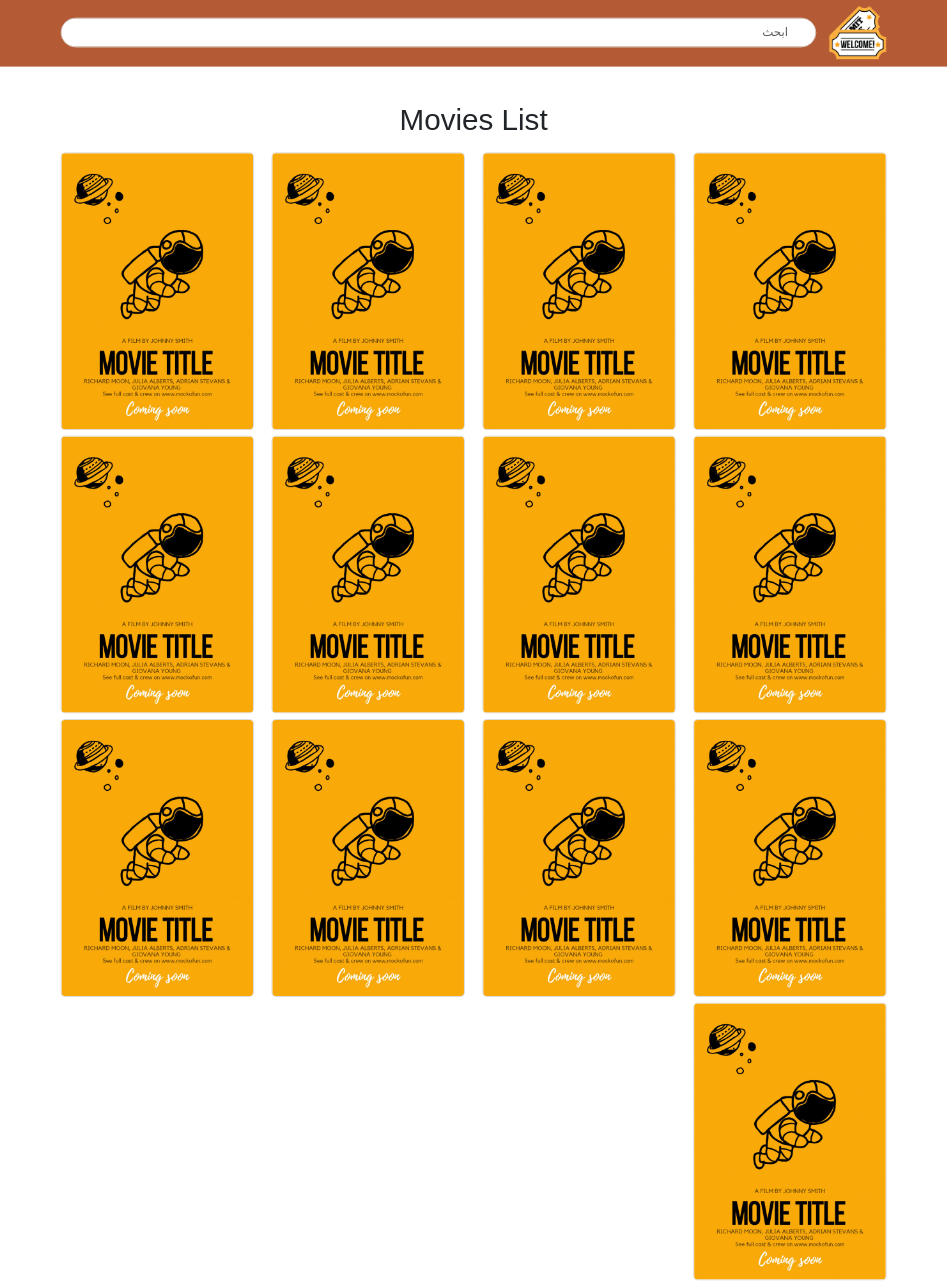
Repository: kerlos-alfy/Movie-List
Page: /
An editor plug-in stored every save of this project. The page is shown before and after the next save, followed by the edit.
The browser window is 1280 px wide. The pictures show the whole page, at 74% of full size.
The page's requests for data from a server got no answer. The project was rebuilt for these pictures with package versions that can differ from the ones it lists, and the page was loaded fresh each time. No one was signed in, and anything a server would have sent is missing. Also part of the build but not shown: vite.config.js, src/App.css.

Above is the page before, as saved 2025-01-16 01:13:37.

### index.html
<!DOCTYPE html>
<html lang="ar" dir="rtl">
	<head>
		<meta charset="UTF-8" />
		<link rel="icon" type="image/svg+xml" href="https://www.svgrepo.com/show/289436/movies-clapperboard.svg" />
		<link
			rel="stylesheet"
			href="https://cdn.jsdelivr.net/npm/bootstrap@5.3.3/dist/css/bootstrap.min.css"
			integrity="sha384-QWTKZyjpPEjISv5WaRU9OFeRpok6YctnYmDr5pNlyT2bRjXh0JMhjY6hW+ALEwIH"
			crossorigin="anonymous" />
		<meta name="viewport" content="width=device-width, initial-scale=1.0" />
		<title>Movies List</title>
	</head>
	<body>
		<div id="root"></div>
		<script type="module" src="/src/main.jsx"></script>
	</body>
</html>

### src/index.css
body {
	margin: 0;
}
.color-body {
	background-color: white;
	height: 100vh;
}
.nav-style {
	height: 90px;
	width: 1440px;
	background-color: #b45b35;
}

.logo {
	height: 72px;
	width: 78px;
}

.search {
	position: relative;
}

.search input {
	height: 40px;
	text-indent: 25px;
	border-radius: 20px;
}

.search input:focus {
	box-shadow: none;
	border: 2px solid red;
}
.search .fa-search {
	position: absolute;
	top: 12px;
	left: 16px;
}

.card {
	position: relative;
	transition: all 0.5s ease-in;
	cursor: pointer;
	height: 375px;
}

.card__image {
	display: block;
	width: 100%;
	height: 100%;
	border-radius: 5px;
}

.card__overlay {
	position: absolute;
	top: 0;
	bottom: 0;
	left: 0;
	right: 0;
	height: 100%;
	width: 100%;
	opacity: 0;
	visibility: none;
	transition: 0.5s ease;
	background-color: #393839;
}

.card:hover .card__overlay {
	opacity: 0.8;
}

.overlay__text {
	color: white;
	font-size: 16px;
	font-weight: bold;
	position: absolute;
	top: 50%;
	left: 50%;
	-webkit-transform: translate(-50%, -50%);
	-ms-transform: translate(-50%, -50%);
	transform: translate(-50%, -50%);
}

.font {
	font-family: "Almarai", sans-serif;
	font-family: "Cairo", sans-serif;
}

.color {
	color: #b45b35;
	background-color: #b45b35;
}

.card-detalis {
	height: 370px;
	border-radius: 20px;
	background-color: #f8f8f8;
}
.card-story {
	height: 300px;
	border-radius: 20px;
	background-color: #f8f8f8;
}
.img-movie {
	height: 360px;
	padding: 10px;
	border-radius: 20px;
}

.card-text-details {
	color: #555555;
	font-family: Almarai;
	font-size: 28px;
	font-weight: bold;
	letter-spacing: 0;
	line-height: 49px;
}

.card-text-story {
	color: #555555;
	font-family: Almarai;
	font-size: 18px;
	letter-spacing: 0;
	line-height: 32px;
}
.card-text-title {
	color: #555555;
	font-family: Almarai;
	font-size: 36px;
	font-weight: bold;
	letter-spacing: 0;
	line-height: 49px;
}

### src/App.jsx
import "./App.css";
import { Container } from "react-bootstrap";
import NavBar from "./components/NavBar";
import MoviesList from "./components/MoviesList";
import axios from "axios";
function App() {
	const getAllMovies = async () => {
		const res = await axios.get("https://api.themoviedb.org/3/movie/popular?api_key=3ac2c05f95f92e69875f1b70453ca0cd&language=ar&page=1");
		console.log(res);
	};
	getAllMovies();
	return (
		<div className="font color-body">
			<NavBar />
			<Container>
				<h1 className="text-center mt-5">Movies List</h1>
				<MoviesList />
			</Container>
		</div>
	);
}

export default App;

### src/components/NavBar.jsx
import { Container, Row, Col } from "react-bootstrap";
function NavBar() {
	return (
		<div className="nav-style w-100">
			<Container>
				<Row className="pt-2 ">
					<Col xs="2" lg="1">
						<a href="/">
							<img className="logo" src="logo.png" alt="dfs" />
						</a>
					</Col>
					<Col xs="10" lg="11" className=" d-flex align-items-center">
						<div className="search  w-100">
							<i className="fa fa-search"></i>
							<input type="text" className="form-control" placeholder="ابحث" />
						</div>
					</Col>
				</Row>
			</Container>
		</div>
	);
}

export default NavBar;

### src/components/MoviesList.jsx
import { Row } from "react-bootstrap";
import CardMovie from "./CardMovie";
function MoviesList() {
	return (
		<Row className="mt-3">
			<CardMovie />
			<CardMovie />
			<CardMovie />
			<CardMovie />
			<CardMovie />
			<CardMovie />
			<CardMovie />
			<CardMovie />
			<CardMovie />
			<CardMovie />
			<CardMovie />
			<CardMovie />
			<CardMovie />
		</Row>
	);
}

export default MoviesList;

### src/components/CardMovie.jsx
import { Col } from "react-bootstrap";

function CardMovie() {
	return (
		<Col xs="6" sm="6" md="4" lg="3" className="my-1">
			<div className="card">
				<img className="card__image" src="prof.jpg" alt="hu" />
				<div className="card__overlay">
					<div className="overlay__text text-center w-100 p-2">
						<p>اسم الفيلم : </p>
						<p>تاريخ الاصدار:</p>
						<p>عدد المقيمين: </p>
						<p>التقييم: </p>
					</div>
				</div>
			</div>
		</Col>
	);
}

export default CardMovie;

Loaded but not shown: src/main.jsx (common file)

After the next save:
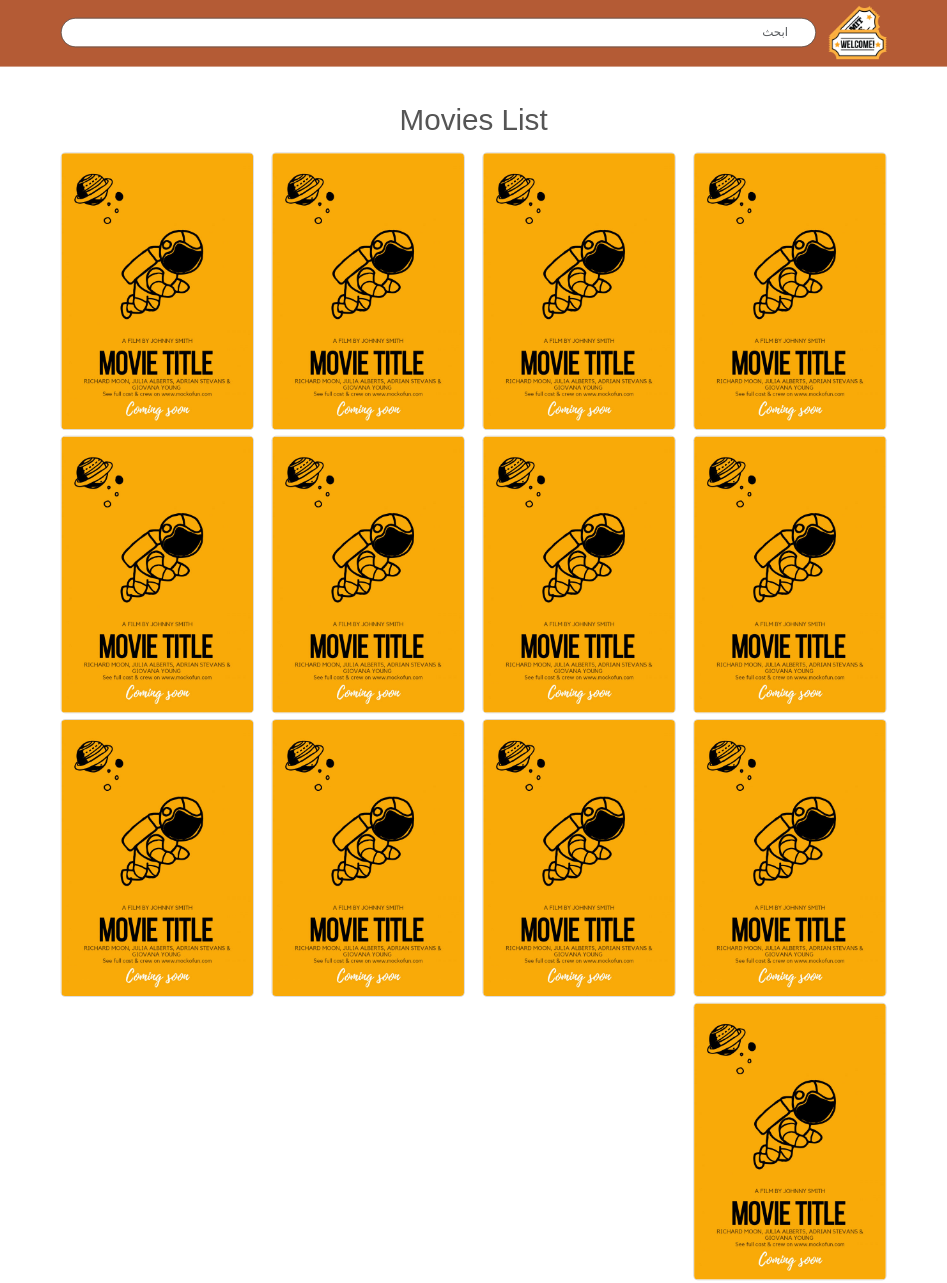
Saved 5 min 6 s later.
--- a/src/index.css
+++ b/src/index.css
@@ -1,14 +1,37 @@
+/* المتغيرات العامة */
+:root {
+	--background-color: white;
+	--text-color: #555555;
+	--primary-color: #b45b35;
+	--card-background: #f8f8f8;
+	--overlay-background: #393839;
+}
+
+/* الوضع الداكن */
+.dark-mode {
+	--background-color: #121212;
+	--text-color: #f0f0f0;
+	--primary-color: #ff6f61;
+	--card-background: #1e1e1e;
+	--overlay-background: #333333;
+}
+
+/* أنماط عامة */
 body {
 	margin: 0;
+	background-color: var(--background-color);
+	color: var(--text-color);
 }
+
 .color-body {
-	background-color: white;
+	background-color: var(--background-color);
 	height: 100vh;
 }
+
 .nav-style {
 	height: 90px;
 	width: 1440px;
-	background-color: #b45b35;
+	background-color: var(--primary-color);
 }
 
 .logo {
@@ -24,16 +47,21 @@ body {
 	height: 40px;
 	text-indent: 25px;
 	border-radius: 20px;
+	border: 1px solid var(--text-color);
+	background-color: var(--background-color);
+	color: var(--text-color);
 }
 
 .search input:focus {
 	box-shadow: none;
-	border: 2px solid red;
+	border: 2px solid var(--primary-color);
 }
+
 .search .fa-search {
 	position: absolute;
 	top: 12px;
 	left: 16px;
+	color: var(--text-color);
 }
 
 .card {
@@ -61,7 +89,7 @@ body {
 	opacity: 0;
 	visibility: none;
 	transition: 0.5s ease;
-	background-color: #393839;
+	background-color: var(--overlay-background);
 }
 
 .card:hover .card__overlay {
@@ -69,7 +97,7 @@ body {
 }
 
 .overlay__text {
-	color: white;
+	color: var(--text-color);
 	font-size: 16px;
 	font-weight: bold;
 	position: absolute;
@@ -86,20 +114,22 @@ body {
 }
 
 .color {
-	color: #b45b35;
-	background-color: #b45b35;
+	color: var(--primary-color);
+	background-color: var(--primary-color);
 }
 
 .card-detalis {
 	height: 370px;
 	border-radius: 20px;
-	background-color: #f8f8f8;
+	background-color: var(--card-background);
 }
+
 .card-story {
 	height: 300px;
 	border-radius: 20px;
-	background-color: #f8f8f8;
+	background-color: var(--card-background);
 }
+
 .img-movie {
 	height: 360px;
 	padding: 10px;
@@ -107,7 +137,7 @@ body {
 }
 
 .card-text-details {
-	color: #555555;
+	color: var(--text-color);
 	font-family: Almarai;
 	font-size: 28px;
 	font-weight: bold;
@@ -116,14 +146,15 @@ body {
 }
 
 .card-text-story {
-	color: #555555;
+	color: var(--text-color);
 	font-family: Almarai;
 	font-size: 18px;
 	letter-spacing: 0;
 	line-height: 32px;
 }
+
 .card-text-title {
-	color: #555555;
+	color: var(--text-color);
 	font-family: Almarai;
 	font-size: 36px;
 	font-weight: bold;
